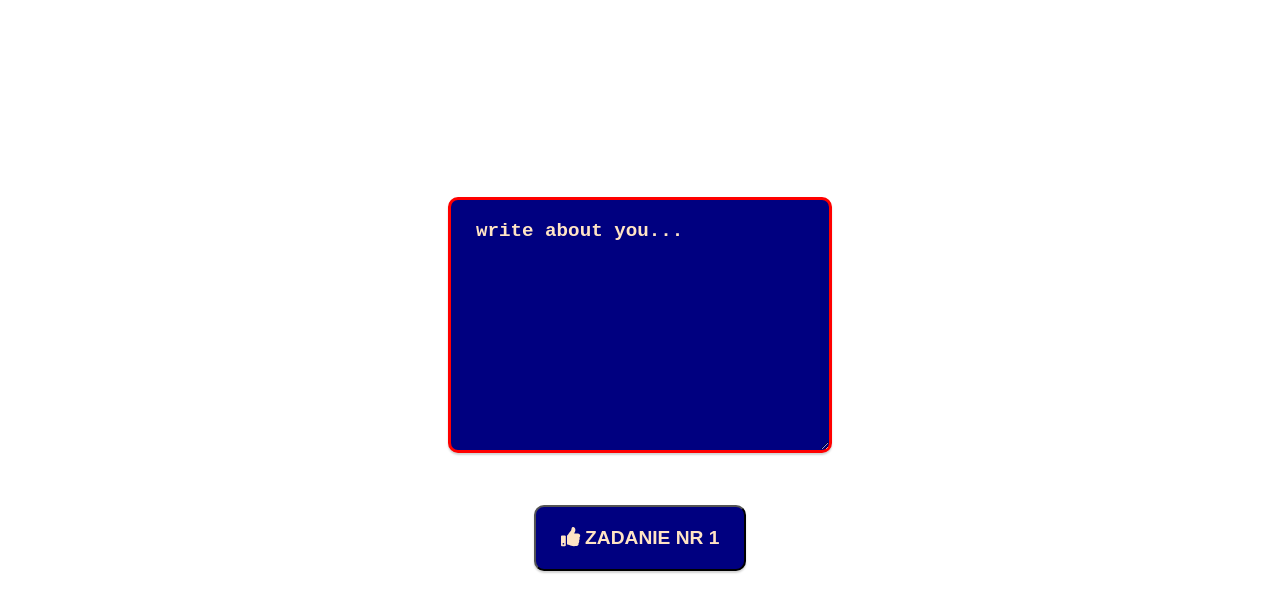
Repository: KrzysKolo/sr_tydzien3_zad_1_2_3
Page: /
The author's editor kept a copy of each file at every save. The page is drawn from the files as they stood at one save, then again after the next save.
The browser window is 1280 px wide. The pictures show the whole page.
The project was rebuilt for these pictures with package versions that can differ from the ones it lists, and the page was loaded fresh each time.

Above is the page before, as saved 2020-11-02 16:46:53.

After the next save:
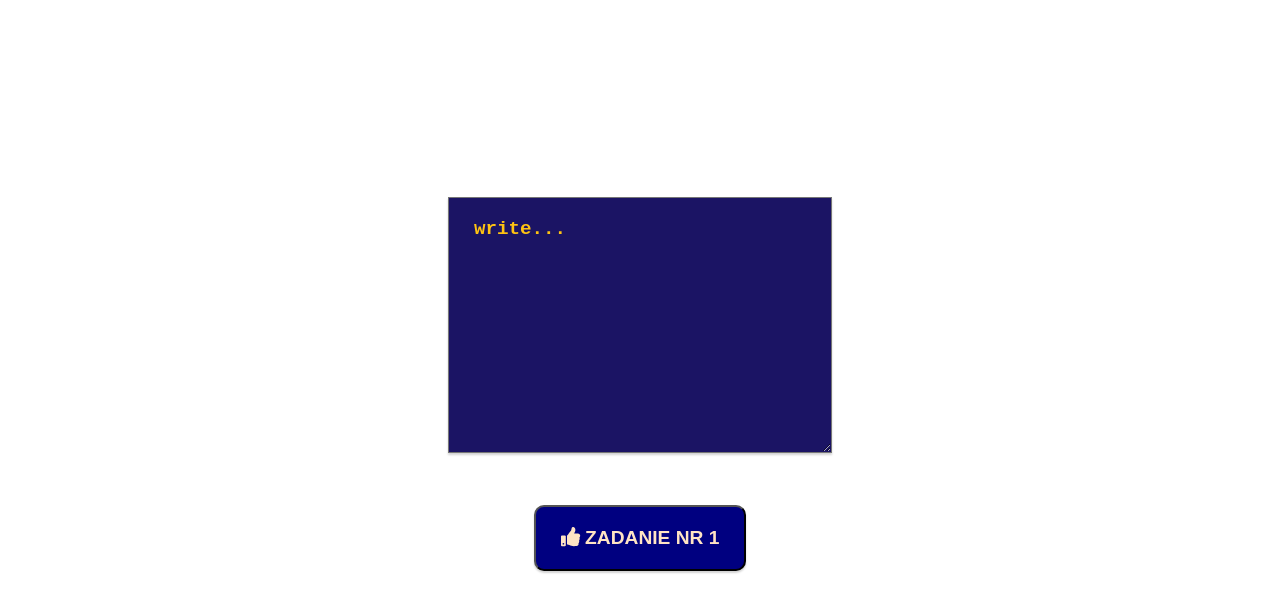
Saved 23 s later.
--- a/src/App.js
+++ b/src/App.js
@@ -11,7 +11,7 @@ class App extends Component {
 
     return (
       <div className="app">
-        <Textarea bgColor="navy" color="bisque" borderSize="3px" borderRadius="10px" borderColor="red" value="write about you..." />
+        <Textarea  />
         <Button  bgColor="navy" color="bisque" label="Zadanie nr 1" icon={faThumbsUp}/>
       </div>
      );
